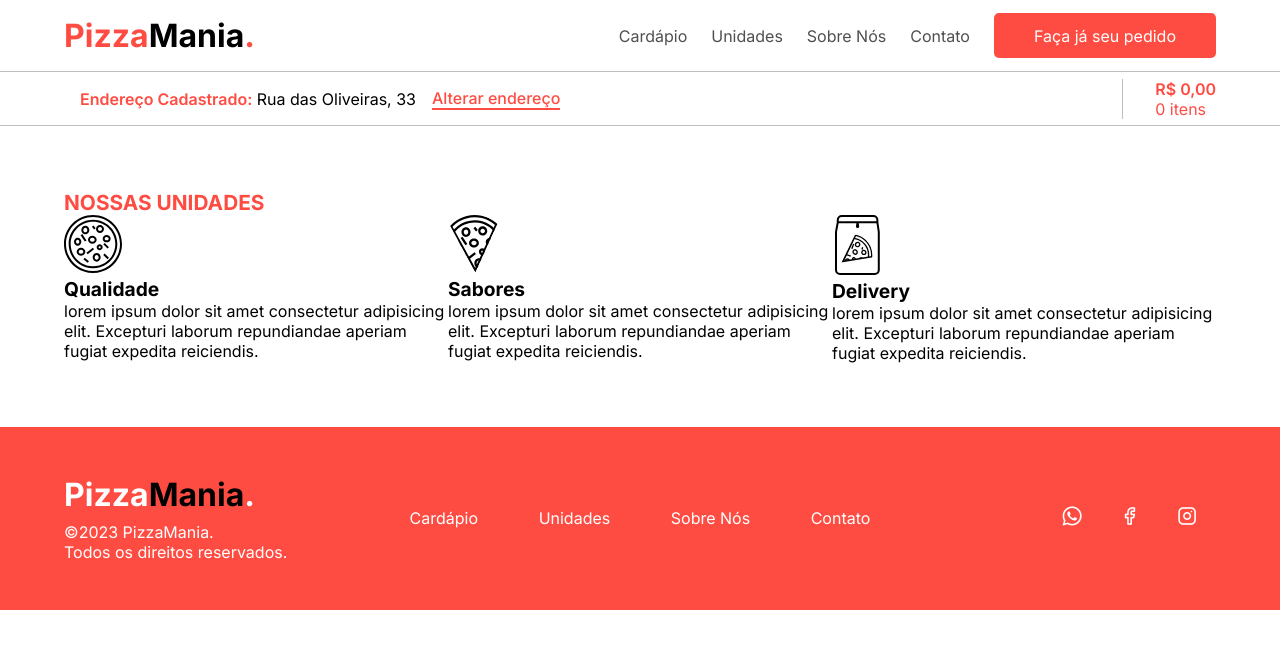
Repository: lucas-albuq/PizzaMania
Page: assets/pages/unidades.html
An editor plug-in stored every save of this project. The page is shown before and after a run of saves, followed by the edit.
The browser window is 1280 px wide. The pictures show the whole page.
Some icons come from a web library that is not loaded, so they are not drawn. Some web libraries are served in a nearby version.

Above is the page before, as saved 2024-01-04 22:28:05.

### assets/pages/unidades.html
<!DOCTYPE html>
<html lang="pt-br">
<head>
    <meta charset="UTF-8">
    <meta name="viewport" content="width=device-width, initial-scale=1.0">
    <title>PizzaMania. - Unidades</title>
    <link rel='stylesheet' href='https://cdn-uicons.flaticon.com/2.0.0/uicons-regular-rounded/css/uicons-regular-rounded.css'>
    <link rel="stylesheet" href="/assets/fonts/style.css">
    <link rel="stylesheet" href="/assets/css/pizzamania.css">
</head>
<body>
    <div id="header"></div>
    <main>
        <div class="unidades">
            <h2>Nossas Unidades</h2>
            <div>
                <div>
                    <img src="./assets/images/icon-pizza.svg" alt="">
                    <h3>Qualidade</h3>
                    <p>lorem ipsum dolor sit amet consectetur adipisicing elit. Excepturi laborum repundiandae aperiam fugiat expedita reiciendis.</p>
                </div>
                <div>
                    <img src="./assets/images/icon-fatia.svg" alt="">
                    <h3>Sabores</h3>
                    <p>lorem ipsum dolor sit amet consectetur adipisicing elit. Excepturi laborum repundiandae aperiam fugiat expedita reiciendis.</p>
                </div>
                <div>
                    <img src="./assets/images/icon-delivery.svg" alt="">
                    <h3>Delivery</h3>
                    <p>lorem ipsum dolor sit amet consectetur adipisicing elit. Excepturi laborum repundiandae aperiam fugiat expedita reiciendis.</p>
                </div>
            </div>
        </div>
    </main>
    <div id="footer"></div>
    <script src="https://ajax.googleapis.com/ajax/libs/jquery/3.1.0/jquery.min.js"></script>
    <script src="../../main.js"></script>
</body>
</html>

### assets/fonts/style.css
@font-face {
  font-family: 'icomoon';
  src:  url('fonts/icomoon.eot?r532as');
  src:  url('fonts/icomoon.eot?r532as#iefix') format('embedded-opentype'),
    url('fonts/icomoon.ttf?r532as') format('truetype'),
    url('fonts/icomoon.woff?r532as') format('woff'),
    url('fonts/icomoon.svg?r532as#icomoon') format('svg');
  font-weight: normal;
  font-style: normal;
  font-display: block;
}

[class^="icon-"], [class*=" icon-"] {
  /* use !important to prevent issues with browser extensions that change fonts */
  font-family: 'icomoon' !important;
  speak: never;
  font-style: normal;
  font-weight: normal;
  font-variant: normal;
  text-transform: none;
  line-height: 1;

  /* Better Font Rendering =========== */
  -webkit-font-smoothing: antialiased;
  -moz-osx-font-smoothing: grayscale;
}

.icon-delivery:before {
  content: "\e909";
}
.icon-pizza:before {
  content: "\e90a";
}
.icon-fatia:before {
  content: "\e90b";
}
.icon-whatsapp:before {
  content: "\e900";
}
.icon-brand:before {
  content: "\e900";
}
.icon-social:before {
  content: "\e900";
}
.icon-facebook:before {
  content: "\e902";
}
.icon-instagram:before {
  content: "\e903";
}
.icon-mail:before {
  content: "\e904";
}
.icon-map-pin:before {
  content: "\e905";
}
.icon-menu:before {
  content: "\e901";
}
.icon-phone:before {
  content: "\e906";
}
.icon-x:before {
  content: "\e907";
}
.icon-youtube:before {
  content: "\e908";
}

### assets/css/pizzamania.css
@import url('https://fonts.googleapis.com/css2?family=Inter:wght@100;200;300;400;500;600;700;800;900&display=swap');

:root {
  --base-hue: 3;
  --primary-color: hsl(var(--base-hue), 100%, 63%);
  --secondary-color: hsl(var(--base-hue), 0%, 0%);
  --text-color: hsl(var(--base-hue), 0%, 31%);
  --text-hover-color: hsl(var(--base-hue), 0%, 51%);
  --background-color: hsl(var(--base-hue), 0%, 100%);
  --button-background: hsl(var(--base-hue), 100%, 63%);
  --button-hover-background: hsl(var(--base-hue), 67%, 47%);
  --divider-color: hsl(var(--base-hue), 0%, 75%);
  --shadow-color:rgba(0, 0, 0, 0.25);
  --box-shadow: 0px 2px 8px 0px rgba(0, 0, 0, 0.25);
}

* {
  padding: 0;
  margin: 0;
  scroll-behavior: smooth;
  font-family: 'Inter', sans-serif;
  box-sizing: border-box;
}

header {
  display: flex;
  flex-direction: column;
  align-items: center;
}

main{
  max-width: 80em;
  width: 90%;
  margin: 4em auto;
  display: flex;
  flex-direction: column;
  gap: 4em;
}

section{
  display: flex;
  flex-direction: column;
  gap: 2em;
}

h2{
  font-size: 1.3em;
  color: var(--primary-color);
  text-transform: uppercase;
}

h3{
  font-size: 1.2em;
}

.header1, .header2 {
  display: flex;
  max-width: 80em;
  width: 90%;
  justify-content: space-between;
  align-items: center;
}

.header1 {
  padding: .8em 0;
}

.header2 {
  padding: .4em 0;
}

.header1 h1 a {
  color: var(--primary-color);
  font-size: 2rem;
}

.header1 h1 span {
  color: var(--secondary-color);
}

.header1_menus {
  display: flex;
  gap: 1.5em;
}

.header1 nav {
  display: flex;
  align-items: center;
}

.header1 ul {
  display: flex;
  list-style-type: none;
  align-items: center;
  justify-content: center;
  gap: 1.5em;
  align-items: center;
}

.header1 a {
  text-decoration: none;
  color: var(--text-color);
  font-size: 1rem;
  transition: color .2s;
}

.header1 nav a:hover {
  color: var(--text-hover-color);
}

.header1 button {
  padding: .8em 2.5em;
  border-radius: 5px;
  line-height: initial;
  align-self: center;
  background-color: var(--button-background);
  border: none;
  color: #FFF;
  font-size: 1rem;
  cursor: pointer;
  transition: background .2s;
}

.header1 button:hover {
  background-color: var(--button-hover-background);
}

.divider {
  border-bottom: 1px solid var(--divider-color);
  width: 100%;
}

.header2 .endereco, .header2 .carrinho {
  display: flex;
  gap: 1em;
  align-items: center;
}

.header2 .carrinho {
  border-left: 1px solid var(--divider-color);
  padding-left: 1em;
  cursor: pointer;
}

.header2 .fi, .header2 span, .carrinho p {
  color: var(--primary-color);
  transition: color .2s;
}

.header2 .endereco button {
  background: none;
  border: none;
  font-size: 1rem;
  color: var(--primary-color);
  font-weight: 500;
  border-bottom: 2px solid var(--primary-color);
  cursor: pointer;
  transition: color .2s;
}

.header2 .endereco button:hover {
  color: var(--button-hover-background);
  border-color: var(--button-hover-background);
}

.header2 .carrinho:hover .valor p, .carrinho:hover .fi {
  color: var(--button-hover-background);
}

.header2 span, .carrinho p:first-child {
  font-weight: 600;
}

footer{
  background-color: var(--primary-color);
}
footer .footer{
  display: flex;
  max-width: 80em;
  width: 90%;
  margin: 0 auto;
  justify-content: space-between;
  align-items: center;
  padding: 3em 0;
}
.footer .footer-menu{
  width: 40%;
}
.footer .footer-menu ul{
  display: flex;
  list-style-type: none;
  justify-content: space-between;
}
.footer .footer-menu a{
  color: var(--background-color);
  text-decoration: none;
  transition: color .2s
}
.footer-menu a:hover{
  color: var(--divider-color)
}
.footer-logo-copy, .footer-social-medias{
  width: 20%;
}
.footer-social-medias{
  display: flex;
  justify-content: end;
  align-items: center;
}
.footer-social-medias a{
  text-decoration: none;
}
.footer-social-medias div {
  color: var(--background-color);
  font-size: 1.2rem;
  padding: 1em;
  transition: all .5s ease;
}

.footer-social-medias div:hover {
  transform: translateY(-5px);
}
.footer-social-medias div::after{
  content: "";
  display: block;
  width: 0;
  height: 3px;
  margin-top: 3px;
  border-radius: 5px;
  background: var(--background-color);
  transition: all .2s ease;
}
.footer-social-medias div:hover::after{
  width: 100%;
}
.footer-logo-copy{
  display: flex;
  flex-direction: column;
  gap: .5em;
  color: var(--background-color)
}
.footer-logo-copy a{
  color: var(--background-color);
  text-decoration: none;
}
.footer-logo-copy a span{
  color: var(--secondary-color);
}
.servicos > div, .unidades > div{
  display: flex;
  justify-content: space-between;
}
.servicos > div > div .unidades > div > div{
  box-shadow: var(--box-shadow);
  display: flex;
  flex-direction: column;
  align-items: center;
  justify-content: center;
  padding: 2.5em;
  width: 30%;
  gap: 1.5em;
  border-radius: 20px;
  border-bottom: var(--primary-color) solid 8px;
}

.servicos img{
  height: 3.5em;
}

.servicos p{
  text-align: center;
}

.carrossel .swiper {
  width: 100%;
  aspect-ratio: 16/6;
  border-radius: 20px;
}
.carrossel .swiper img{
  width: 100%;
  aspect-ratio: 16/6;
  filter: brightness(75%);
}
.swiper-pagination-bullet{
  padding: 3px;
}
.swiper-pagination-bullet-active{
  background: var(--primary-color);
}
.swiper-button-next, .swiper-button-prev{
  color: #FFF
}
.promocoes .swiper-slide, .assessments .swiper-slide{
  padding: 1em .2em;
}
.promocoes .card{
  display: flex;
  flex-direction: column;
  padding: 2em;
  gap: 2em;
  box-shadow: var(--box-shadow);
  border-radius: 20px;
}
.promocoes .card-top, .promocoes .card-bottom{
  display: flex;
  justify-content: space-between;
}
.promocoes .card-top-text{
  width: 65%;
  display: flex;
  flex-direction: column;
  gap: 1em;
}
.promocoes .card-top-image{
  width: 35%;
}
.promocoes .card-top-image img{
  width: 100%;
}
.promocoes .card-bottom p span{
  font-weight: bold;
  font-size: 1.2em;
}
.promocoes .card-bottom button{
  border: none;
  background: var(--button-background);
  padding: 0 3em;
  border-radius: 5px;
  color: #FFF;
  font-size: 1rem;
  cursor: pointer;
  transition: background .2s;
}
.promocoes .card-bottom button:hover{
  background: var(--button-hover-background);
}
.swiper-container{
  overflow: hidden;
}
/*Novamente reutilizando código antigo meu (é meu msm)*/
.assessments .assessments__container .swiper-wrapper{
  display: flex;
  flex-wrap: nowrap;
}
.assessments .assessments__container .assessments__assessment blockquote{
  padding: 2em;
  box-shadow: var(--box-shadow);
  border-radius: 20px;
  height: auto;
  width: 100%;
}
.assessments .assessments__container .assessments__assessment p{
  position: relative;
  text-indent: 1.875rem;
  margin-bottom: 1.5rem;
  color: var(--title-color);
}
.assessments .assessments__container .assessments__assessment p span{
  font-size: 4rem;
  font-family: serif;
  font-weight: 700;
  position: absolute;
  color: var(--primary-color);
  top: -1.375rem;
  left: -2.300rem;
}
.assessments .assessments__container .assessments__assessment cite {
  display: flex;
  align-items: center;
  font-style: normal;
  text-transform: capitalize;
}
.assessments .assessments__container .assessments__assessment cite img{
  height: 2rem;
  width: 2rem;
  object-fit: cover;
  clip-path: circle();
  margin-right: 0.5rem;
}
.categorias-cardapio{
  display: flex;
  flex-wrap: wrap;
  gap: 2em;
  justify-content: space-between;
}
.categorias-cardapio div{
  text-align: center;
  height: 100%;
  display: flex;
  align-items: center;
  justify-content: center;
  border-radius: 20px;
  background-size: 100% auto;
  background-position: center;
  background-repeat: no-repeat;
  aspect-ratio: 16/5;
  transition: all .2s;
}
.categorias-cardapio a{
  text-decoration: none;
  flex: 0 0 48%;
}

.categorias-cardapio h2{
  transition: all .2s;
}

.categorias-cardapio a:hover h2{
  font-size: 1.5em
}
.categorias-cardapio a:hover div{
  background-size: 130% auto;
}

.categorias-cardapio .milkshakes{
  background-image: url("/assets/images/Milkshakes.png");

}
.categorias-cardapio .milkshakes h2{
  color: #904737;
}

.categorias-cardapio .pizzas-salgadas{
  background-image: url("/assets/images/pizzasSalgadas.png");
}

.categorias-cardapio .sobremesas h2{
  color: #66391F;
}

.categorias-cardapio .sobremesas{
  background-image: url("/assets/images/sobremesas.png");
}
.categorias-cardapio .pizzas-doces{
  background-image: url("/assets/images/pizzasDoces.png");
}

.categorias-cardapio .pizzas-doces h2{
  color: #FFEAD6;
}

.categorias-cardapio .bebidas{
  background-image: url("/assets/images/bebidas.png");
}

.categorias-cardapio .bebidas h2{
  color: #7A5C1A;
}

### main.js
document.addEventListener('DOMContentLoaded', function() {
    const header = document.getElementById('header');
    const footer = document.getElementById('footer');

    fetch('/assets/html/header.html')
        .then(response => response.text())
        .then(data => {
            header.innerHTML = data;

            const fazerPedido = document.querySelector(".header1_menus button");
            fazerPedido.addEventListener("click", () => window.open('./assets/pages/cardapio.html', '_self'));
        });

    fetch('/assets/html/footer.html')
        .then(response => response.text())
        .then(data => {
            footer.innerHTML = data;
        });
});

### assets/html/header.html
<header>
        <div class="header1">
            <h1><a href="/index.html">Pizza<span>Mania</span>.</a></h1>
            <div class="header1_menus">
                <nav>
                    <ul>
                        <li><a href="#">Cardápio</a></li>
                        <li><a href="#">Unidades</a></li>
                        <li><a href="#">Sobre Nós</a></li>
                        <li><a href="#">Contato</a></li>
                    </ul>
                </nav>
                <button>
                    Faça já seu pedido
                </button>
            </div>
        </div>
        <div class="divider"></div>
        <div class="header2">
            <div class="endereco">
                <i class="fi fi-rr-home"></i>
                <p><span>Endereço Cadastrado:</span> Rua das Oliveiras, 33</p>
                <button>Alterar endereço</button>
            </div>
            <div class="carrinho">
                <i class="fi fi-rr-shopping-cart"></i>
                <div class="valor">
                    <p>R$ 0,00</p>
                    <p>0 itens</p>
                </div>
            </div>
        </div>
        <div class="divider"></div>
    </header>

### assets/html/footer.html
<footer>
    <div class="footer">
        <div class="footer-logo-copy">
            <h1><a href="/index.html">Pizza<span>Mania</span>.</a></h1>
            <p>
                ©2023 PizzaMania. <br>
                Todos os direitos reservados.
            </p>
        </div>
        <nav class="footer-menu">
            <ul>
                <li><a href="">Cardápio</a></li>
                <li><a href="">Unidades</a></li>
                <li><a href="">Sobre Nós</a></li>
                <li><a href="">Contato</a></li>
            </ul>
        </nav>
        <div class="footer-social-medias">
            <a href="#">
                <div class="icon-whatsapp"></div>
            </a>
            <a href="#">
                <div class="icon-facebook"></div>
            </a>
            <a href="#">
                <div class="icon-instagram"></div>
            </a>
        </div>
    </div>
</footer>

After the next 2 saves:
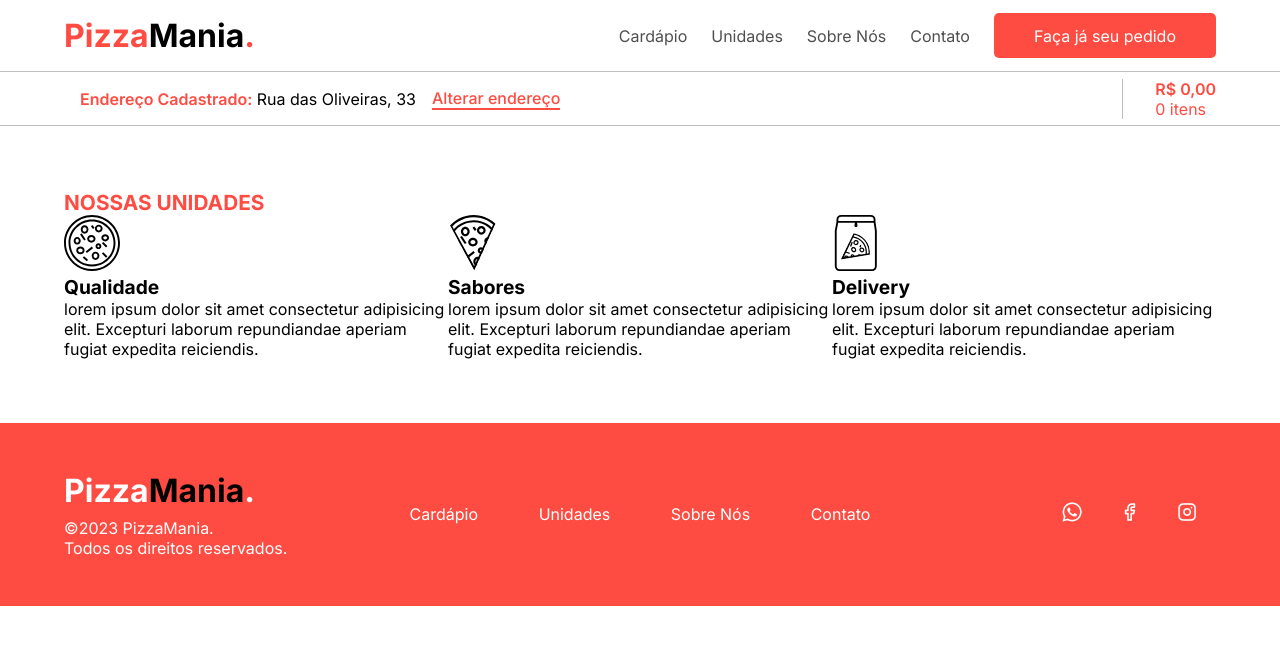
The 2 saves are shown as one change because they came seconds apart.
The last was saved 8 s later.
--- a/assets/css/pizzamania.css
+++ b/assets/css/pizzamania.css
@@ -263,7 +263,7 @@
   border-bottom: var(--primary-color) solid 8px;
 }
 
-.servicos img{
+.servicos img, .unidades img{
   height: 3.5em;
 }
 
